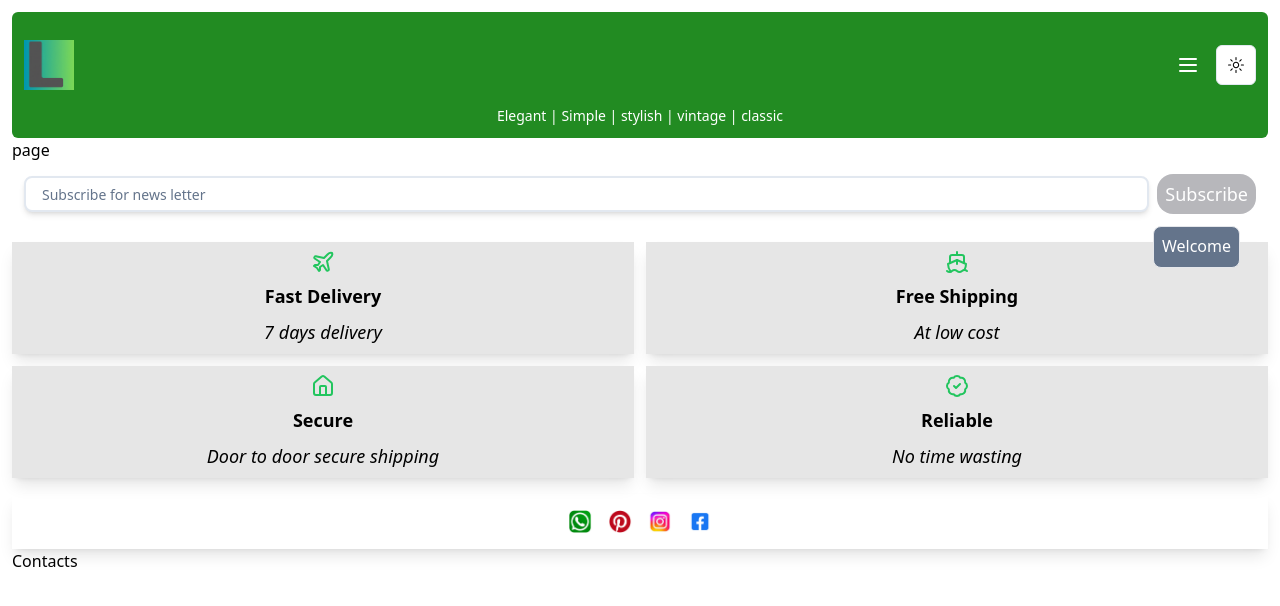
Repository: Semanmernstack/bisi-abejide
Page: /bb
The author's editor kept a copy of each file at every save. The page is drawn from the files as they stood at one save, then again after the next save.
The browser window is 1280 px wide. The pictures show the whole page.
The project was rebuilt for these pictures with package versions that can differ from the ones it lists, and the page was loaded fresh each time. The framework's server and built-in components were replaced by stand-ins that run in the browser. Also part of the build but not shown: next.config.mjs.

Above is the page before, as saved 2024-04-19 01:06:27.

After the next save:
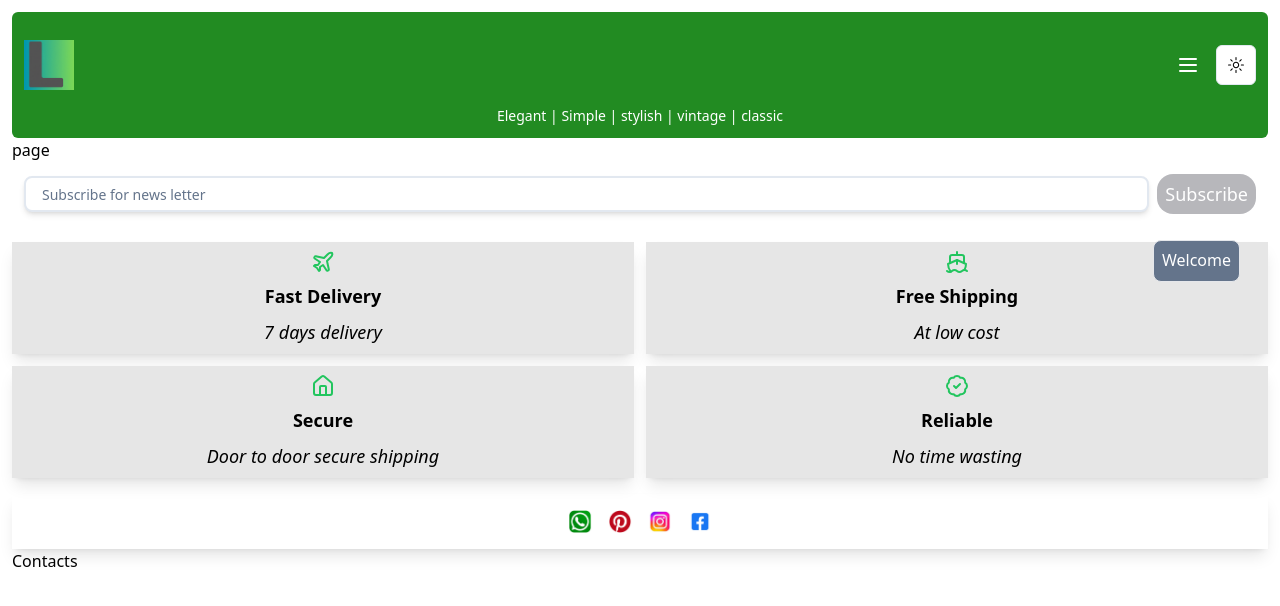
Saved 9 s later.
--- a/components/SubAi.tsx
+++ b/components/SubAi.tsx
@@ -21,7 +21,7 @@ function SubAi() {
   transition={{
       duration: 1,
   }}
-       className='flex top-50 right-10 z-50 fixed  bg-slate-500 rounded-lg text-white  max-w-2xl border p-2 '  >
+       className='flex top-60 right-10 z-50 fixed  bg-slate-500 rounded-lg text-white  max-w-2xl border p-2 '  >
 
 
 
